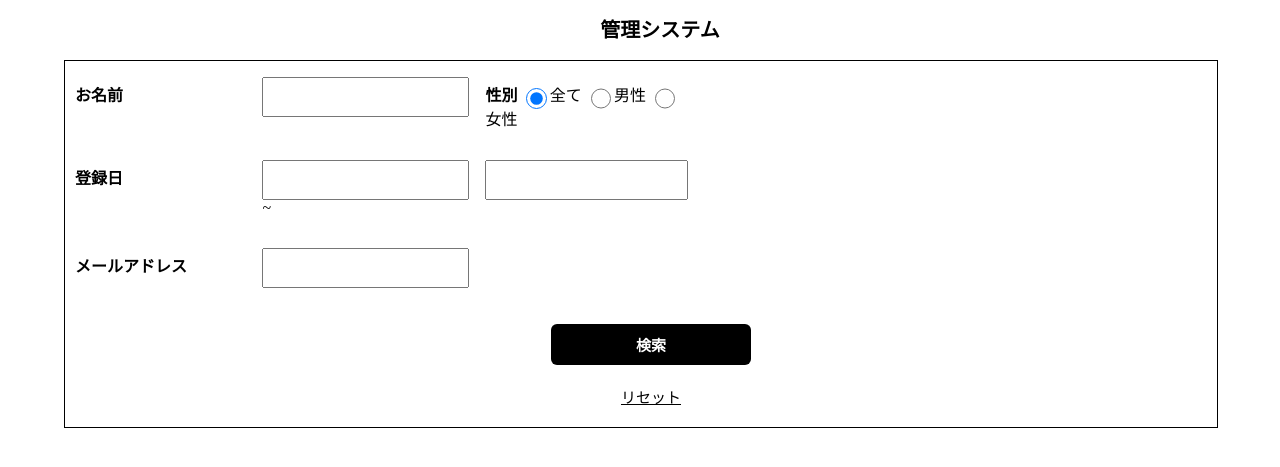
Repository: masanarimiura/20220723_miura_advance_test
Page: http://localhost/manage
These files come from the project's save history. The page is drawn as it stood at one moment and after the next save; the edit follows.
The browser window is 1280 px wide. The pictures show the whole page.
The page is served by the project's Laravel application, run on PHP 8.4 with Laravel 8.

Above is the page before, as saved 2022-07-19 20:33:48.

After the next save:
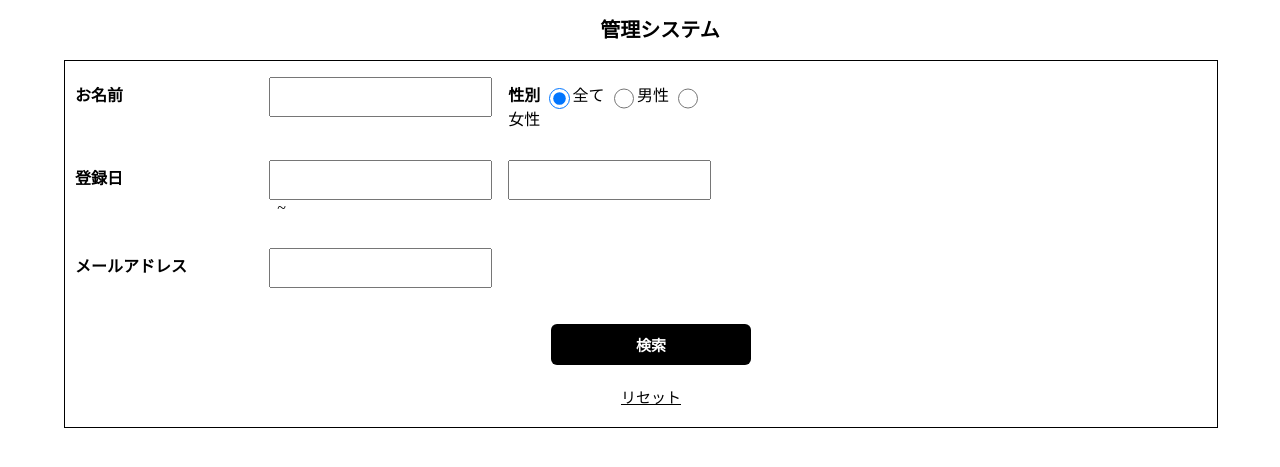
Saved 6 s later.
--- a/resources/views/manage.blade.php
+++ b/resources/views/manage.blade.php
@@ -140,7 +140,7 @@ input, select {
   -webkit-box-sizing: border-box;
   box-sizing: border-box;
 }
-.system form table tr input {
+.system form table tr span {
   width: 100%;
   height: 3em;
   padding: .5em;
